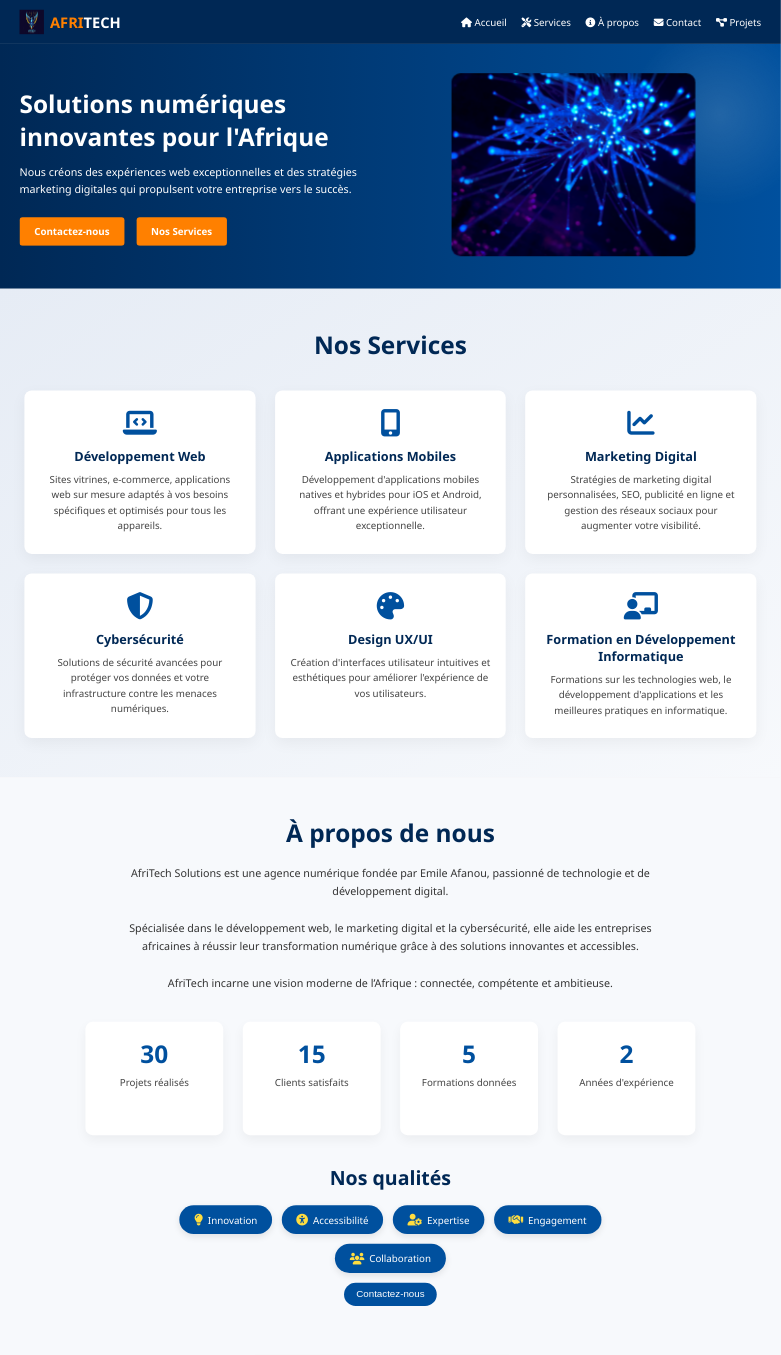
Repository: prestige225/AFRITECH
Page: index.html
The author's editor kept a copy of each file at every save. The page is drawn from the files as they stood at one save, then again after the next save.
The browser window is 1280 px wide. The pictures show the whole page, at 61% of full size.

Above is the page before, as saved 2025-07-16 03:52:30.

### index.html

<!DOCTYPE html>
<html lang="en">
<head>
    <meta charset="UTF-8">
    <meta name="viewport" content="width=device-width, initial-scale=1.0">
    <!-- Font Awesome CDN -->
<link rel="stylesheet" href="https://cdnjs.cloudflare.com/ajax/libs/font-awesome/6.4.0/css/all.min.css">
    <link rel="stylesheet" href="style.css">

    <title>AFRITECH</title>
</head>
<body>
    <header>
        <div class="logo">
            <img src="image/logo.jpg" alt="AfanouTech Logo">
            <h1><span>AFRI</span>TECH</h1>
        </div>

         <!-- Bouton hamburger visible sur mobile -->
  <div class="menu-toggle" id="menu-toggle">
    <i class="fas fa-bars"></i>
  </div>


       <nav>
  <ul>
    <li><a href="index.html"><i class="fas fa-home"></i> Accueil</a></li>
    <li><a href="service.html"><i class="fas fa-tools"></i> Services</a></li>
    <li><a href="about.html"><i class="fas fa-info-circle"></i> À propos</a></li>
    <li><a href="#" id="openModalLink"><i class="fas fa-envelope"></i> Contact</a></li>

    <li><a href="projet.html"><i class="fas fa-project-diagram"></i> Projets</a></li>
  </ul>
</nav>

    </header>

<!-- hero -->
 <section class="hero">
    <div class="hero-content">
        <h1>Solutions numériques innovantes pour l'Afrique</h1>

        <p>Nous créons des expériences web exceptionnelles et des stratégies marketing digitales qui propulsent votre entreprise vers le succès.</p>
        <a href="contact.html" class="btn">Contactez-nous</a>
        <a href="#" class="btn">Nos Services</a>

    </div>
    <div class="hero-image">
        <img src="image/emile.jpg" alt="Image d'accueil">
    </div>

    <div class="couleurpassante en design">

    </div>

 </section>


 <!-- SECTION SERVICES -->
  <section id="services" class="services-section">
            <h2>Nos Services</h2>
    <div class="services">

        <div class="service-item">
            <i class="fas fa-laptop-code"></i>
            <h3>Développement Web</h3>
            <p>Sites vitrines, e-commerce, applications web sur mesure adaptés à vos besoins spécifiques et optimisés pour tous les appareils.</p>
        </div>
        <div class="service-item">
            <i class="fas fa-mobile-alt"></i>
            <h3>Applications Mobiles</h3>
            <p>Développement d'applications mobiles natives et hybrides pour iOS et Android, offrant une expérience utilisateur exceptionnelle.</p>
        </div>
        <div class="service-item">
            <i class="fas fa-chart-line"></i>
            <h3>Marketing Digital</h3>
            <p>Stratégies de marketing digital personnalisées, SEO, publicité en ligne et gestion des réseaux sociaux pour augmenter votre visibilité.</p>
        </div>
        <div class="service-item">
            <i class="fas fa-shield-alt"></i>
            <h3>Cybersécurité</h3>
            <p>Solutions de sécurité avancées pour protéger vos données et votre infrastructure contre les menaces numériques.</p>
        </div>
        <div class="service-item">
            <i class="fas fa-palette"></i>
            <h3>Design UX/UI</h3>
            <p>Création d'interfaces utilisateur intuitives et esthétiques pour améliorer l'expérience de vos utilisateurs.</p>
        </div>

        <div class="service-item">
            <i class="fas fa-chalkboard-teacher"></i>
            <h3>Formation en Développement Informatique</h3>
            <p>Formations sur les technologies web, le développement d'applications et les meilleures pratiques en informatique.</p>
            </div>
    </div>
  </section>
<!-- SECTION apropos -->
<section id="about" class="about-section">
  <h2>À propos de nous</h2>
  <p>
    AfriTech Solutions est une agence numérique fondée par Emile Afanou, passionné de technologie et de développement digital.<br><br>
    Spécialisée dans le développement web, le marketing digital et la cybersécurité, elle aide les entreprises africaines à réussir leur transformation numérique grâce à des solutions innovantes et accessibles.<br><br>
    AfriTech incarne une vision moderne de l’Afrique : connectée, compétente et ambitieuse.
  </p>

  <!-- COMPTEURS -->
  <div class="counters">
    <div class="counter-box">
      <span class="counter" data-target="30">0</span>
      <p>Projets réalisés</p>
    </div>
    <div class="counter-box">
      <span class="counter" data-target="15">0</span>
      <p>Clients satisfaits</p>
    </div>
    <div class="counter-box">
      <span class="counter" data-target="5">0</span>
      <p>Formations données</p>
    </div>
    <div class="counter-box">
      <span class="counter" data-target="2">0</span>
      <p>Années d'expérience</p>
    </div>
  </div>

  <!-- NOS QUALITÉS -->
  <div class="nos-qualites">
    <h3>Nos qualités</h3>
    <ul>
      <li><i class="fas fa-lightbulb"></i> Innovation</li>
      <li><i class="fas fa-universal-access"></i> Accessibilité</li>
      <li><i class="fas fa-user-cog"></i> Expertise</li>
      <li><i class="fas fa-handshake"></i> Engagement</li>
      <li><i class="fas fa-users"></i> Collaboration</li>
    </ul>
  </div>


  <!-- Bouton pour ouvrir la modale -->
<button id="openModalBtn" class="open-modal-btn">Contactez-nous</button>

<!-- Modale -->
<div id="contactModal" class="modal">
  <div class="modal-content">
    <span id="closeModalBtn" class="close-btn">&times;</span>
    <h2>Contactez-nous</h2>
    <form action="https://formspree.io/f/mabcxyz" method="POST">
      <input type="text" name="name" placeholder="Votre nom" required autocomplete="off" />
      <input type="email" name="email" placeholder="Votre email" required autocomplete="off" />
      <textarea name="message" rows="5" placeholder="Votre message" required></textarea>
      <button type="submit" class="btn">Envoyer</button>
    </form>
  </div>
</div>
</section>






    <script src="index.js"></script>

    <!--  -->
</body>



</html>

### style.css

/* ========== RESET ========== */
* {
  margin: 0;
  padding: 0;
  box-sizing: border-box;
}

/* ========== GLOBAL ========== */
body {
  font-family: 'Segoe UI', sans-serif;
  background-color: #f4f4f4;
  color: #333;
}

/* ========== HEADER ========== */
header {
  background-color: #002855;
  color: white;
  padding: 1rem 2rem;
  display: flex;
  justify-content: space-between;
  align-items: center;
  flex-wrap: wrap;
  position: relative;
}

/* Logo */
.logo {
  display: flex;
  align-items: center;
  gap: 10px;
}

.logo img {
  width: 40px;
  height: 40px;
}

.logo h1 {
  font-size: 1.5rem;
  font-weight: bold;
}

.logo span {
  color: #ff8000;
}

/* Navigation */
nav ul {
  list-style: none;
  display: flex;
  gap: 1.5rem;
}

nav a {
  color: white;
  text-decoration: none;
  font-weight: 500;
  transition: 0.3s;
}

nav a:hover {
  color: #ff8000;
}

/* Hamburger button */
.menu-toggle {
  display: none;
  font-size: 1.8rem;
  color: white;
  cursor: pointer;
}

/* ========== RESPONSIVE ========== */
@media (max-width: 768px) {
  nav {
    width: 100%;
  }

  nav ul {
    flex-direction: column;
    background-color: #002855;
    position: absolute;
    top: 100%;
    left: 0;
    right: 0;
    display: none;
    padding: 1rem;
    z-index: 10;
  }

  nav ul.active {
    display: flex;
  }

  .menu-toggle {
    display: block;
  }
}
/* 🎯 SECTION HERO MODERNE */
.hero {
  display: flex;
  flex-wrap: wrap;
  align-items: center;
  justify-content: space-between;
  padding: 3rem 2rem;
  background: linear-gradient(to right, #002855, #00509e);
  color: white;
  position: relative;
  overflow: hidden;
}

/* Contenu texte */
.hero-content {
  flex: 1 1 50%;
  max-width: 600px;
  z-index: 1;
}

.hero-content h1 {
  font-size: 2.5rem;
  margin-bottom: 1rem;
}

.hero-content p {
  font-size: 1.1rem;
  margin-bottom: 2rem;
  line-height: 1.6;
}

/* Boutons */
.hero-content .btn {
  display: inline-block;
  background-color: #ff8000;
  color: white;
  padding: 0.8rem 1.5rem;
  margin-right: 1rem;
  border-radius: 5px;
  text-decoration: none;
  font-weight: bold;
  transition: background 0.3s ease;
}

.hero-content .btn:hover {
  background-color: #e67300;
}

/* Image d’accueil */
.hero-image {
  flex: 1 1 40%;
  text-align: center;
  z-index: 1;
}

.hero-image img {
  width: 100%;
  max-width: 400px;
  height: auto;
  border-radius: 15px;
}

/* Effet décoratif de fond (couleurpassante) */
.couleurpassante {
  position: absolute;
  top: -50px;
  right: -50px;
  width: 300px;
  height: 300px;
  background: radial-gradient(circle, #ffffff22, transparent 70%);
  border-radius: 50%;
  animation: flotter 10s infinite alternate;
  z-index: 0;
}

/* Animation douce */
@keyframes flotter {
  0% {
    transform: translateY(0) rotate(0deg);
  }
  100% {
    transform: translateY(20px) rotate(20deg);
  }
}

/* 📱 Responsive */
@media (max-width: 768px) {
  .hero {
    flex-direction: column;
    text-align: center;
  }

  .hero-content, .hero-image {
    flex: 1 1 100%;
    max-width: 100%;
  }

  .hero-content h1 {
    font-size: 2rem;
  }

  .hero-content p {
    font-size: 1rem;
  }

  .hero-content .btn {
    margin-bottom: 1rem;
  }
}


/* ========== SECTION SERVICES ========== */
.services-section {
  padding: 4rem 2rem;
  background: linear-gradient(to bottom right, #e6ecf5, #f7f9fc);
  text-align: center;
}

.services-section h2 {
  font-size: 2.5rem;
  margin-bottom: 3rem;
  color: #002855;
  font-weight: 700;
}

/* Container de toutes les cartes */
.services {
  display: grid;
  grid-template-columns: repeat(auto-fit, minmax(280px, 1fr));
  gap: 2rem;
  max-width: 1200px;
  margin: 0 auto;
}

/* Style individuel des services */
.service-item {
  background-color: #ffffff;
  border-radius: 12px;
  padding: 2rem 1.5rem;
  box-shadow: 0 8px 25px rgba(0, 0, 0, 0.05);
  transition: transform 0.3s ease, box-shadow 0.3s ease;
}

.service-item:hover {
  transform: translateY(-8px);
  box-shadow: 0 12px 30px rgba(0, 0, 0, 0.1);
}

/* Icône */
.service-item i {
  font-size: 2.8rem;
  color: #00509e;
  margin-bottom: 1rem;
}

/* Titre */
.service-item h3 {
  font-size: 1.3rem;
  margin-bottom: 0.8rem;
  color: #002855;
  font-weight: 600;
}

/* Paragraphe */
.service-item p {
  font-size: 1rem;
  line-height: 1.6;
  color: #444;
}


/* ===== SECTION À PROPOS ===== */
.about-section {
  padding: 4rem 2rem;
  text-align: center;
  background: #f7f9fc;
}

.about-section h2 {
  font-size: 2.5rem;
  color: #002855;
  margin-bottom: 1.5rem;
}

.about-section p {
  max-width: 900px;
  margin: 0 auto 3rem;
  font-size: 1.1rem;
  line-height: 1.8;
  color: #333;
}

/* ===== SECTION À PROPOS ===== */
.about-section {
  padding: 4rem 2rem;
  text-align: center;
  background: #f7f9fc;
  font-family: 'Segoe UI', Tahoma, Geneva, Verdana, sans-serif;
}

.about-section h2 {
  font-size: 2.5rem;
  color: #002855;
  margin-bottom: 1.5rem;
  font-weight: 700;
}

.about-section p {
  max-width: 900px;
  margin: 0 auto 3rem;
  font-size: 1.1rem;
  line-height: 1.7;
  color: #333;
}

.about-section {
  padding: 4rem 2rem;
  text-align: center;
  background: #f7f9fc;
  font-family: 'Segoe UI', Tahoma, Geneva, Verdana, sans-serif;
}

.about-section h2 {
  font-size: 2.5rem;
  color: #002855;
  margin-bottom: 1.5rem;
  font-weight: 700;
}

.about-section p {
  max-width: 900px;
  margin: 0 auto 3rem;
  font-size: 1.1rem;
  line-height: 1.7;
  color: #333;
}

/* Compteurs */
.counters {
  display: grid;
  grid-template-columns: repeat(auto-fit, minmax(160px, 1fr));
  gap: 2rem;
  max-width: 1000px;
  margin: 0 auto 3rem;
}

.counter-box {
  background: #fff;
  border-radius: 12px;
  padding: 1.5rem;
  box-shadow: 0 8px 20px rgba(0, 0, 0, 0.05);
  transition: transform 0.3s ease;
}

.counter-box:hover {
  transform: translateY(-5px);
}

.counter {
  font-size: 2.5rem;
  font-weight: 700;
  color: #00509e;
  display: block;
}

.counter-box p {
  margin-top: 0.5rem;
  font-size: 1rem;
  color: #444;
}

/* Nos qualités */
.nos-qualites {
  margin-top: 3rem;
  max-width: 800px;
  margin-left: auto;
  margin-right: auto;
  text-align: center;
}

.nos-qualites h3 {
  font-size: 2rem;
  color: #002855;
  margin-bottom: 1.5rem;
  font-weight: 700;
}

.nos-qualites ul {
  list-style: none;
  padding: 0;
  display: flex;
  flex-wrap: wrap;
  justify-content: center;
  gap: 1rem;
}

.nos-qualites li {
  background-color: #00509e;
  color: #fff;
  padding: 0.8rem 1.5rem;
  border-radius: 25px;
  font-size: 1rem;
  font-weight: 500;
  box-shadow: 0 4px 12px rgba(0, 0, 0, 0.1);
  display: flex;
  align-items: center;
  gap: 0.5rem;
  transition: background 0.3s ease;
}

.nos-qualites li:hover {
  background-color: #003f7f;
}

.nos-qualites li i {
  color: #ffdd40;
  font-size: 1.2rem;
}

/* Responsive */
@media (max-width: 768px) {
  .about-section h2 {
    font-size: 2rem;
  }

  .about-section p {
    font-size: 1rem;
    padding: 0 1rem;
  }

  .counter {
    font-size: 2rem;
  }

  .counter-box p {
    font-size: 0.95rem;
  }

  .nos-qualites li {
    font-size: 0.95rem;
    padding: 0.7rem 1.2rem;
  }
}

@media (max-width: 480px) {
  .counters {
    grid-template-columns: 1fr;
  }

  .nos-qualites ul {
    flex-direction: column;
    gap: 1rem;
  }

  .nos-qualites li {
    justify-content: center;
  }
}


/* Bouton pour ouvrir la modale */
.open-modal-btn {
  padding: 10px 20px;
  background-color: #00509e;
  color: white;
  border: none;
  border-radius: 25px;
  cursor: pointer;
  font-size: 1rem;
  margin: 2rem auto;
  display: block;
}

.open-modal-btn:hover {
  background-color: #003f7f;
}

/* Bouton ouvrir modale */
.open-modal-btn {
  padding: 10px 20px;
  background-color: #00509e;
  color: white;
  border: none;
  border-radius: 25px;
  cursor: pointer;
  font-size: 1rem;
  display: inline-block;
  margin: 1rem auto;
}

.open-modal-btn:hover {
  background-color: #003f7f;
}

/* Modale masquée par défaut */
.modal {
  display: none;
  position: fixed;
  z-index: 10000;
  top: 0; left: 0;
  width: 100vw;
  height: 100vh;
  background-color: rgba(0,0,0,0.7);
  justify-content: center;
  align-items: center;
  padding: 1rem;
}

/* Afficher modale */
.modal.show {
  display: flex;
}

/* Contenu modale */
.modal-content {
  background-color: #fff;
  border-radius: 10px;
  max-width: 500px;
  width: 100%;
  padding: 2rem;
  position: relative;
  box-shadow: 0 0 15px rgba(0,0,0,0.3);
  animation: fadeInScale 0.3s ease forwards;
}

@keyframes fadeInScale {
  from {opacity: 0; transform: scale(0.9);}
  to {opacity: 1; transform: scale(1);}
}

.modal-content h2 {
  color: #003f7f;
  margin-bottom: 1rem;
  text-align: center;
}

.modal-content form {
  display: flex;
  flex-direction: column;
  gap: 1rem;
}

input, textarea {
  padding: 1rem;
  font-size: 1rem;
  border-radius: 8px;
  border: 1px solid #ccc;
  outline: none;
  font-family: inherit;
  transition: border-color 0.3s ease;
}

input:focus, textarea:focus {
  border-color: #00509e;
}

button.btn {
  background-color: #00509e;
  color: white;
  padding: 0.9rem;
  font-weight: 600;
  border: none;
  border-radius: 25px;
  cursor: pointer;
  font-size: 1rem;
  transition: background-color 0.3s ease;
}

button.btn:hover {
  background-color: #003f7f;
}

/* Bouton fermer modale */
.close-btn {
  position: absolute;
  top: 15px;
  right: 15px;
  font-size: 1.8rem;
  color: #777;
  cursor: pointer;
  transition: color 0.3s ease;
}

.close-btn:hover {
  color: #000;
}

/* Responsive */
@media (max-width: 600px) {
  .modal-content {
    padding: 1.5rem;
  }
}

### index.js

// script.js

// Récupération des éléments
const toggleBtn = document.getElementById("menu-toggle");
const navMenu = document.querySelector("nav ul");

// Écoute du clic sur le bouton menu
toggleBtn.addEventListener("click", () => {
  navMenu.classList.toggle("active");
});


const counters = document.querySelectorAll('.counter');

  counters.forEach(counter => {
    const updateCount = () => {
      const target = +counter.getAttribute('data-target');
      const count = +counter.innerText;
      const speed = 100; // Plus petit = plus rapide

      const increment = Math.ceil(target / speed);

      if (count < target) {
        counter.innerText = count + increment;
        setTimeout(updateCount, 30);
      } else {
        counter.innerText = target;
      }
    };

    updateCount();
  });


  const openModalBtn = document.getElementById('openModalBtn');
const modal = document.getElementById('contactModal');
const closeModalBtn = document.getElementById('closeModalBtn');

openModalBtn.addEventListener('click', () => {
  modal.classList.add('show');
});

closeModalBtn.addEventListener('click', () => {
  modal.classList.remove('show');
});

window.addEventListener('click', (e) => {
  if (e.target === modal) {
    modal.classList.remove('show');
  }
});

// Fermer avec la touche ESC
window.addEventListener('keydown', (e) => {
  if (e.key === 'Escape' && modal.classList.contains('show')) {
    modal.classList.remove('show');
  }
});

After the next save:
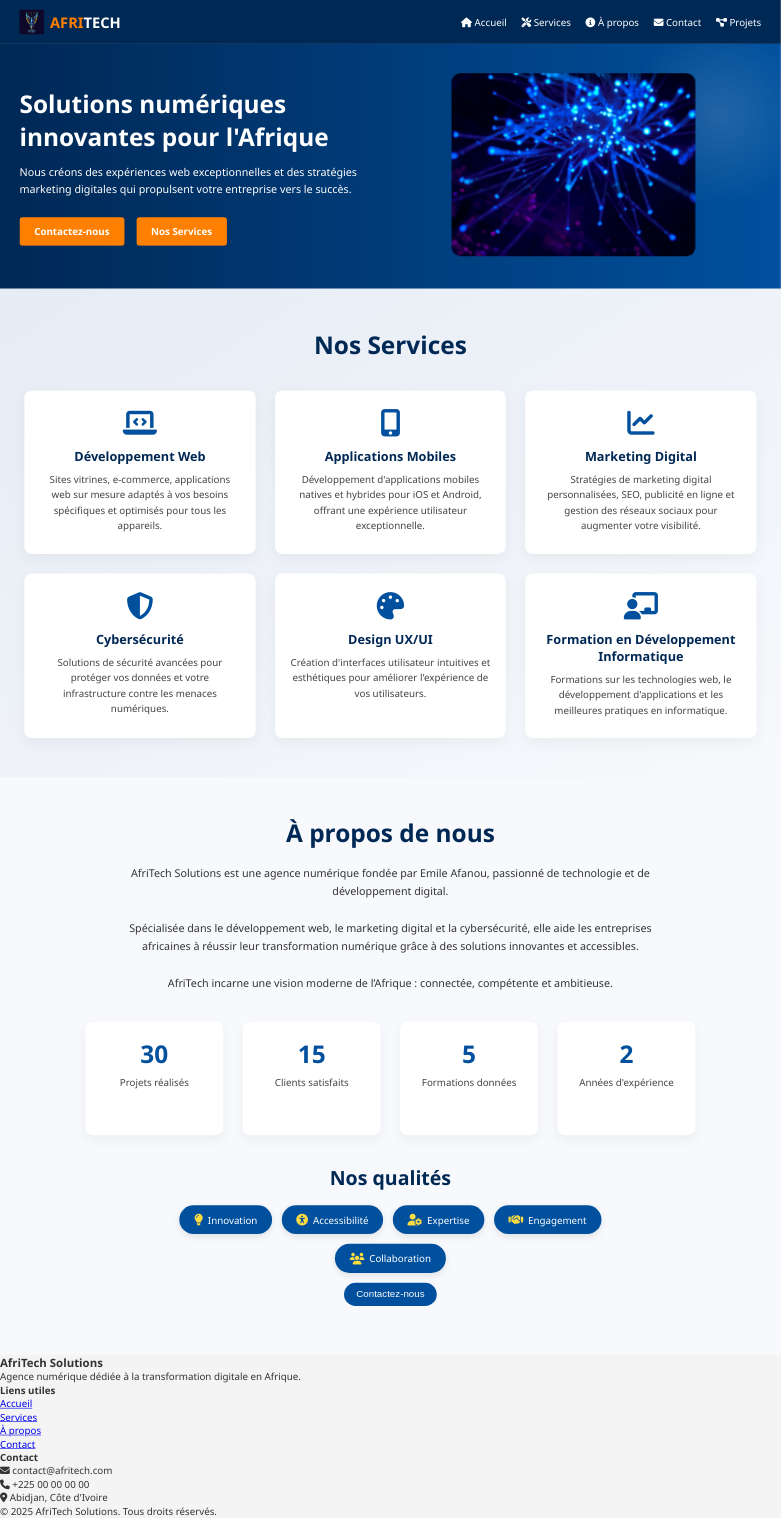
Saved 97 s later.
--- a/index.html
+++ b/index.html
@@ -158,6 +158,33 @@
 
 
 
+<!-- FOOTER -->
+<footer>
+  <div class="footer-container">
+    <div class="footer-about">
+      <h3>AfriTech Solutions</h3>
+      <p>Agence numérique dédiée à la transformation digitale en Afrique.</p>
+    </div>
+    <div class="footer-links">
+      <h4>Liens utiles</h4>
+      <ul>
+        <li><a href="#">Accueil</a></li>
+        <li><a href="#">Services</a></li>
+        <li><a href="#">À propos</a></li>
+        <li><a href="#">Contact</a></li>
+      </ul>
+    </div>
+    <div class="footer-contact">
+      <h4>Contact</h4>
+      <p><i class="fas fa-envelope"></i> contact@afritech.com</p>
+      <p><i class="fas fa-phone"></i> +225 00 00 00 00</p>
+      <p><i class="fas fa-map-marker-alt"></i> Abidjan, Côte d'Ivoire</p>
+    </div>
+  </div>
+  <div class="footer-bottom">
+    <p>© 2025 AfriTech Solutions. Tous droits réservés.</p>
+  </div>
+</footer>
 
 
     <script src="index.js"></script>
